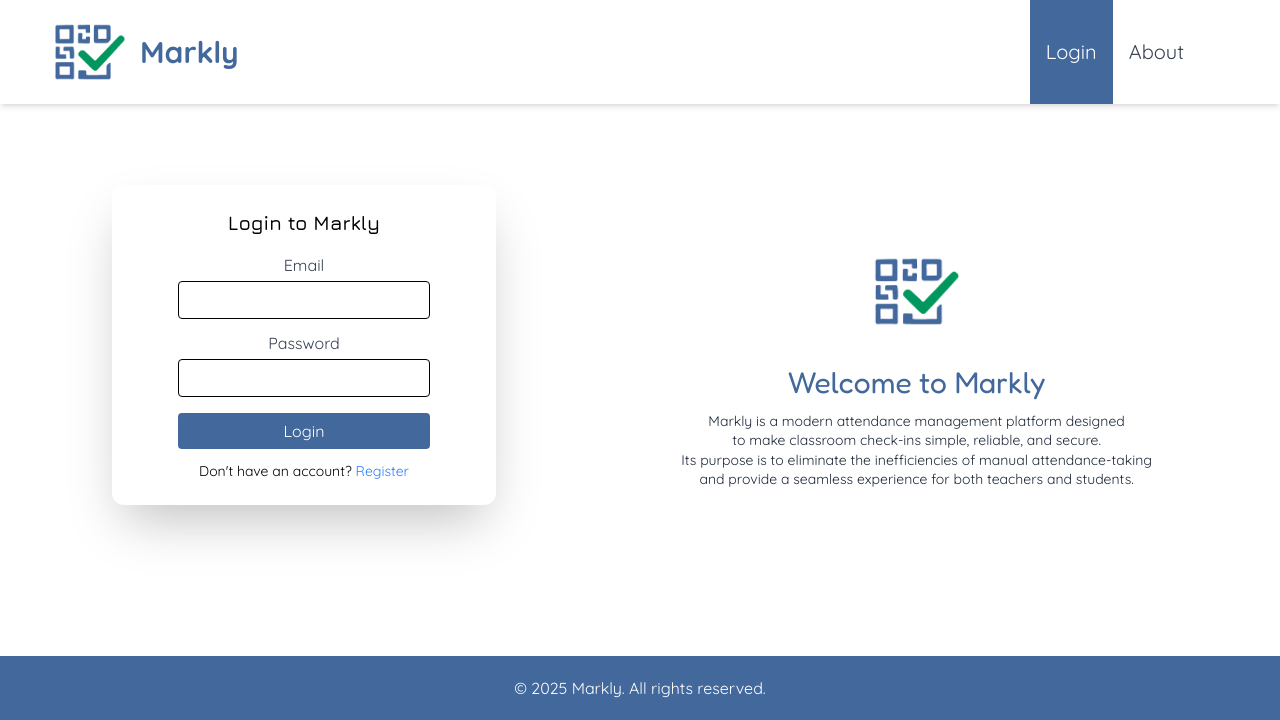
Repository: Mozukie/Markly
Page: /login
An editor plug-in stored every save of this project. The page is shown before and after the next save, followed by the edit.
The browser window is 1280 px wide. The pictures show the whole page.
Some web fonts or font styles are not loaded; a fallback is used. The project was rebuilt for these pictures with package versions that can differ from the ones it lists, and the page was loaded fresh each time. Also part of the build but not shown: vite.config.js, src/pages/NotFound.jsx, src/pages/Home.jsx, src/components/About.jsx, src/pages/Students/studentdashboard.jsx.

Above is the page before, as saved 2025-08-23 22:21:42.

After the next save:
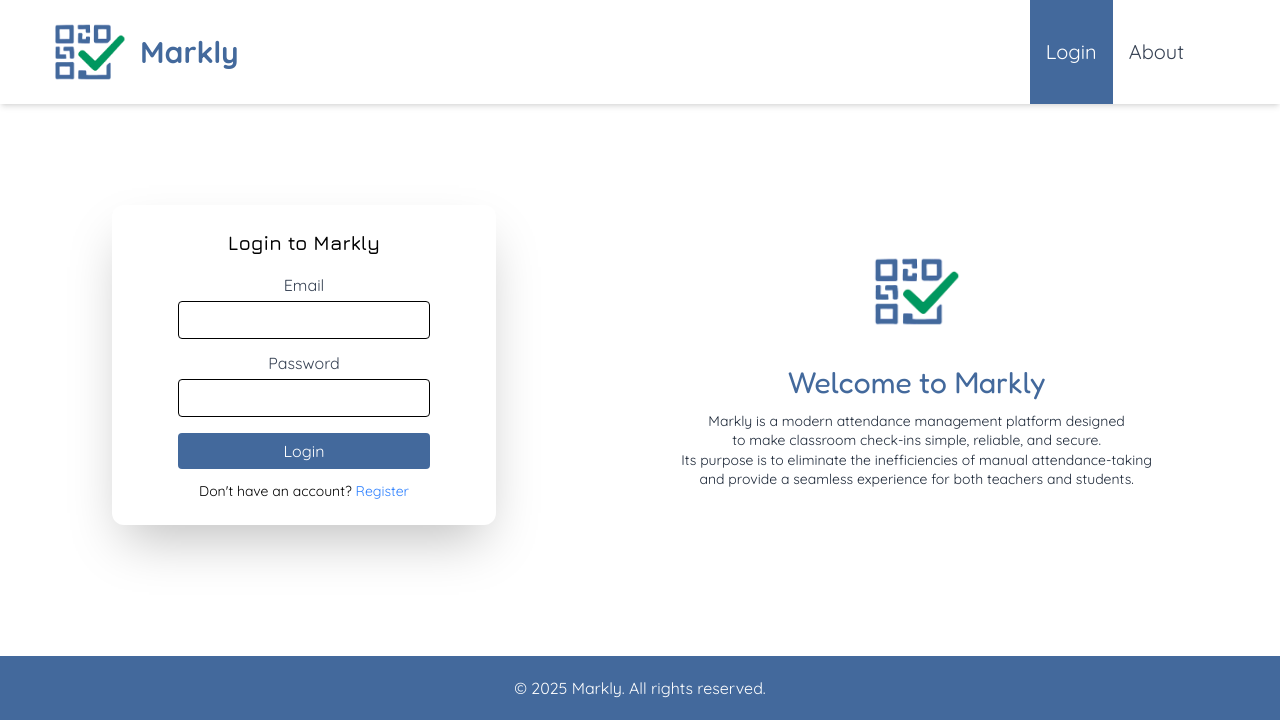
Saved 14 s later.
--- a/src/pages/Login.jsx
+++ b/src/pages/Login.jsx
@@ -40,7 +40,7 @@ export default function Login() {
 
         {/* Register Panel */}
         <div
-          className={`bg-white p-6 rounded-xl shadow-2xl max-w-md w-full mr-24 flex flex-col items-center transition-all duration-500 z-30  ${showRegister ? 'opacity-100 translate-x-0' : 'opacity-0 translate-x-8 pointer-events-none'}`}
+          className={`bg-white p-6 rounded-xl shadow-2xl max-w-md w-full mt-10 mr-24 flex flex-col items-center transition-all duration-500 z-30 ${showRegister ? 'opacity-100 translate-x-0' : 'opacity-0 translate-x-8 pointer-events-none'}`}
           style={{ minWidth: '420px', borderTopLeftRadius: '0.75rem', borderBottomLeftRadius: '0.75rem' }}
         >
           <h2 className="text-xl font-bold mb-4 text-center">Register</h2>
